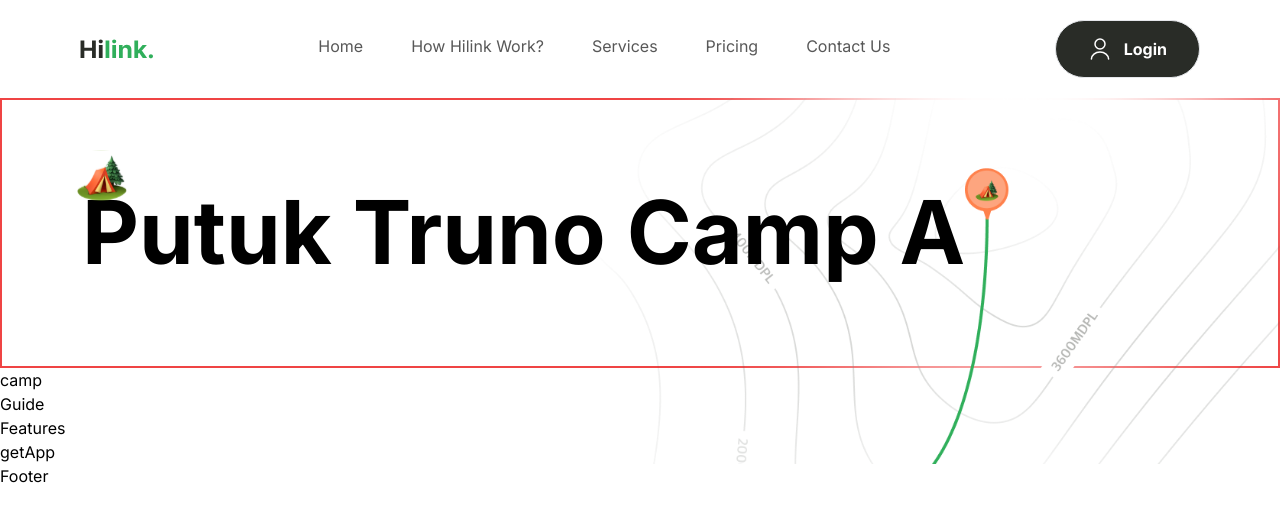
Repository: tarun4141/travel-app
Page: /
The author's editor kept a copy of each file at every save. The page is drawn from the files as they stood at one save, then again after the next save.
The browser window is 1280 px wide. The pictures show the whole page.
The project was rebuilt for these pictures with package versions that can differ from the ones it lists, and the page was loaded fresh each time. The framework's server and built-in components were replaced by stand-ins that run in the browser. Also part of the build but not shown: next.config.mjs.

Above is the page before, as saved 2024-06-23 02:44:51.

### app/layout.tsx
import type { Metadata } from "next";

import "./globals.css";
import Navbar from "@/components/Navbar";
import Footer from "@/components/Footer";



export const metadata: Metadata = {
  title: "Travel App",
  description: "Travel next app",
};

export default function RootLayout({
  children,
}: Readonly<{
  children: React.ReactNode;
}>) {
  return (
    <html lang="en">

      <body >

      <Navbar/>
      <main className="relative overflow-hidden">
      {children}

      </main>

      <Footer/>
      </body>
    </html>
  );
}

### app/page.tsx
import Camp from "@/components/Camp";
import Features from "@/components/Features";
import GetApp from "@/components/GetApp";
import Guide from "@/components/Guide";
import Hero from "@/components/Hero";


export default function Home() {
  return (
  <>
  <Hero/>
  <Camp/>
  <Guide/>
  <Features/>
  <GetApp/>

  </>
  );
}

### components/Navbar.tsx
import { NAV_LINKS } from '@/constants'
import Image from 'next/image'
import Link from 'next/link'
import React from 'react'
import Button from './Button'

const Navbar = () => {
  return (
   <nav className='
  flexBetween max-container
  padding-container
  relative z-30 py-5 '>
   <Link href="/">
   <Image src="/hilink-logo.svg"
   alt='logo'
   width={74}
   height={29}
   />


   </Link>
   <ul className='hidden h-full gap-12 lg:flex'>

   {NAV_LINKS.map((link)=>(
      <Link href={link.href} key={link.key}
      className='regular-16 text-gray-50 flexCenter cursor-pointer pb-1.5 transition-all hover:font-bold '>
      {link.label}
      </Link>
   ))}


 </ul>

<div className='lg:flexCenter hidden'>
   <Button
   type="button"
   title="Login"
   icon="/user.svg"
   variant="btn_dark_green"
   />
</div>
<Image
src="menu.svg"
alt='menu'
width={32}
height={32}
className='inline-block cursor-pointer lg:hidden'

/>



   </nav>
  )
}

export default Navbar

### components/Camp.tsx
import React from 'react'

const Camp = () => {
  return (
    <div>
      camp
    </div>
  )
}

export default Camp

### components/Features.tsx
import React from 'react'

const Features = () => {
  return (
    <div>
      Features
    </div>
  )
}

export default Features

### components/GetApp.tsx
import React from 'react'

const GetApp = () => {
  return (
    <div>
      getApp
    </div>
  )
}

export default GetApp

### components/Guide.tsx
import React from 'react'

const Guide = () => {
  return (
    <div>
      Guide
    </div>
  )
}

export default Guide

### components/Hero.tsx
import Image from 'next/image'
import React from 'react'

const Hero = () => {
  return (
    <section className='max-container padding-container flex flex-col
    gap-20 py-10 pb-32 md:gap-28 lg:py-20 xl:flex-row border-2
     border-red-500'>

        <div className='hero-map'></div>

        <div className='relative z-20 flex flex-1 flex-col xl:w-1/2' >
        <Image
        src="/camp.svg"
        alt='camp'
        width={50}
        height={50}
        className='absolute left-[-5px] top-[-30px] w-10 lg:w-[50px]'
        />
        <h1 className='bold-52 lg:bold-88'>Putuk Truno Camp A</h1>

        </div>



    </section>
  )
}

export default Hero

### constants/index.ts
//NAVIGATION
export const NAV_LINKS = [
    { href: '/', key: 'home', label: 'Home' },
    { href: '/', key: 'how_hilink_work', label: 'How Hilink Work?' },
    { href: '/', key: 'services', label: 'Services' },
    { href: '/', key: 'pricing ', label: 'Pricing ' },
    { href: '/', key: 'contact_us', label: 'Contact Us' },
  ];

  // CAMP SECTION
  export const PEOPLE_URL = [
    '/person-1.png',
    '/person-2.png',
    '/person-3.png',
    '/person-4.png',
  ];

  // FEATURES SECTION
  export const FEATURES = [
    {
      title: 'Real maps can be offline',
      icon: '/map.svg',
      variant: 'green',
      description:
        'We provide a solution for you to be able to use our application when climbing, yes offline maps you can use at any time there is no signal at the location',
    },
    {
      title: 'Set an adventure schedule',
      icon: '/calendar.svg',
      variant: 'green',
      description:
        "Schedule an adventure with friends. On holidays, there are many interesting offers from Hilink. That way, there's no more discussion",
    },
    {
      title: 'Technology using augment reality',
      icon: '/tech.svg',
      variant: 'green',
      description:
        'Technology uses augmented reality as a guide to your hiking trail in the forest to the top of the mountain. Already supported by the latest technology without an internet connection',
    },
    {
      title: 'Many new locations every month',
      icon: '/location.svg',
      variant: 'orange',
      description:
        'Lots of new locations every month, because we have a worldwide community of climbers who share their best experiences with climbing',
    },
  ];

  // FOOTER SECTION
  export const FOOTER_LINKS = [
    {
      title: 'Learn More',
      links: [
        'About Hilink',
        'Press Releases',
        'Environment',
        'Jobs',
        'Privacy Policy',
        'Contact Us',
      ],
    },
    {
      title: 'Our Community',
      links: ['Climbing xixixi', 'Hiking hilink', 'Hilink kinthill'],
    },
  ];

  export const FOOTER_CONTACT_INFO = {
    title: 'Contact Us',
    links: [
      { label: 'Admin Officer', value: '123-456-7890' },
      { label: 'Email Officer', value: 'hilink@akinthil.com' },
    ],
  };

  export const SOCIALS = {
    title: 'Social',
    links: [
      '/facebook.svg',
      '/instagram.svg',
      '/twitter.svg',
      '/youtube.svg',
      '/wordpress.svg',
    ],
  };

### components/Button.tsx
import Image from "next/image";


type ButtonProps ={
  type: "button"|"submit";
  title:string;
  icon?:string;
  variant:'btn_dark_green'
}

const Button = ({type,title,icon,variant}:ButtonProps) => {
  return (
    <button
    className={`flexCenter gap-3 rounded-full border ${variant}`}

    type={type}>

        {icon && <Image src={icon} alt={title} width={24} height={24} />}
   <label className="bold-16 whitespace-nowrap">{title}</label>

    </button>

  )
}

export default Button

Loaded but not shown: app/globals.css (common file); components/Footer.tsx (common file); tailwind.config.ts (common file)

After the next save:
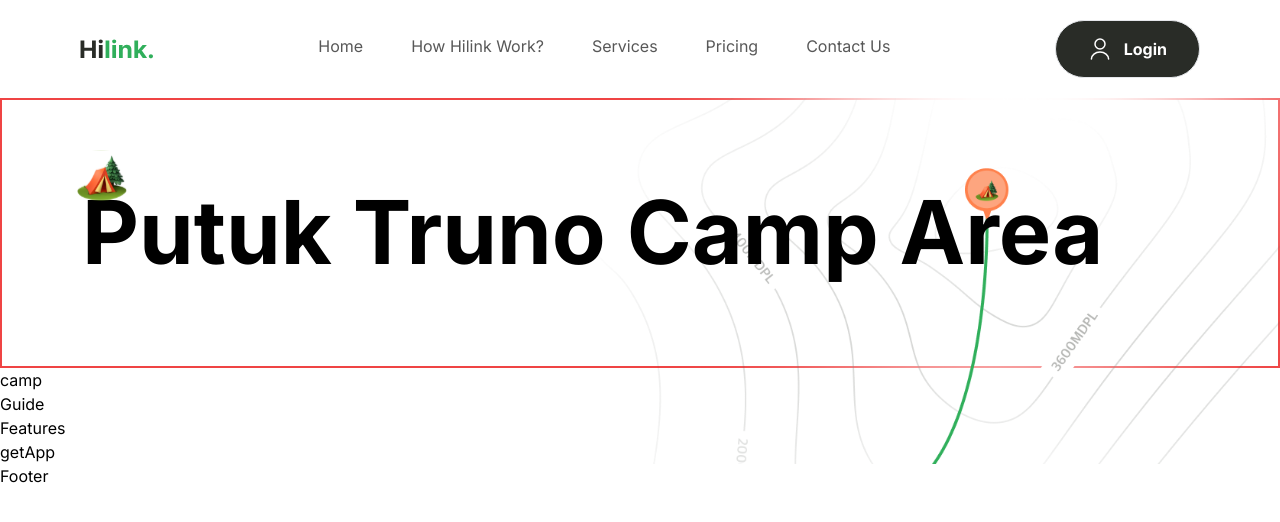
Saved 1 s later.
--- a/components/Hero.tsx
+++ b/components/Hero.tsx
@@ -17,7 +17,7 @@
         height={50}
         className='absolute left-[-5px] top-[-30px] w-10 lg:w-[50px]'
         />
-        <h1 className='bold-52 lg:bold-88'>Putuk Truno Camp A</h1>
+        <h1 className='bold-52 lg:bold-88'>Putuk Truno Camp Area</h1>
 
         </div>
 
